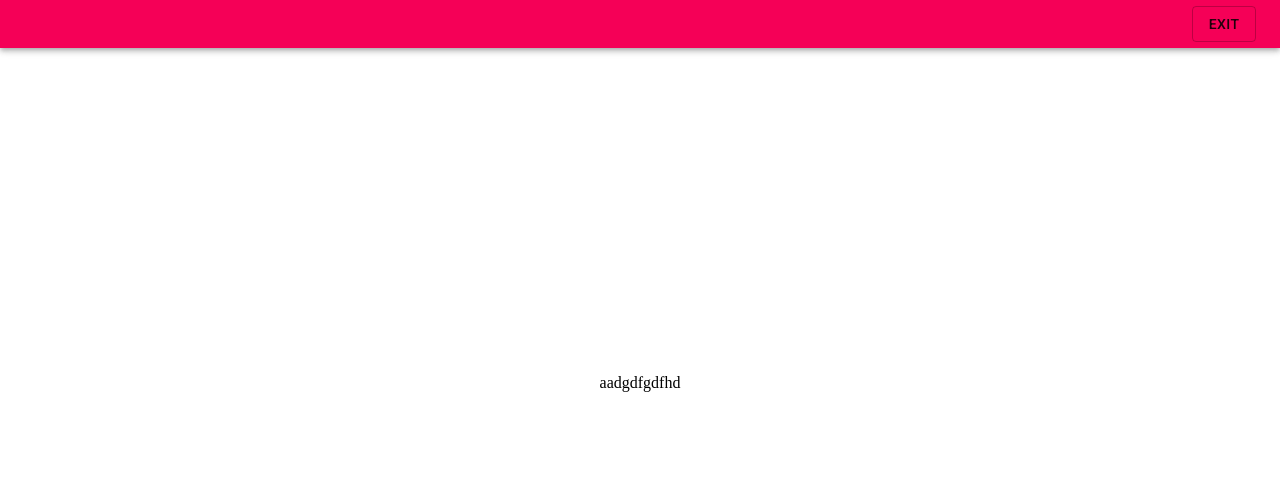
Repository: ezotop/react_firebase_chat
Page: /
These files come from the project's save history. The page is drawn as it stood at one moment and after the next save; the edit follows.
The browser window is 1280 px wide. The pictures show the whole page.
The project was rebuilt for these pictures with package versions that can differ from the ones it lists, and the page was loaded fresh each time. Also part of the build but not shown: src/component/Chat.js.

Above is the page before, as saved 2021-06-16 16:40:49.

After the next save:
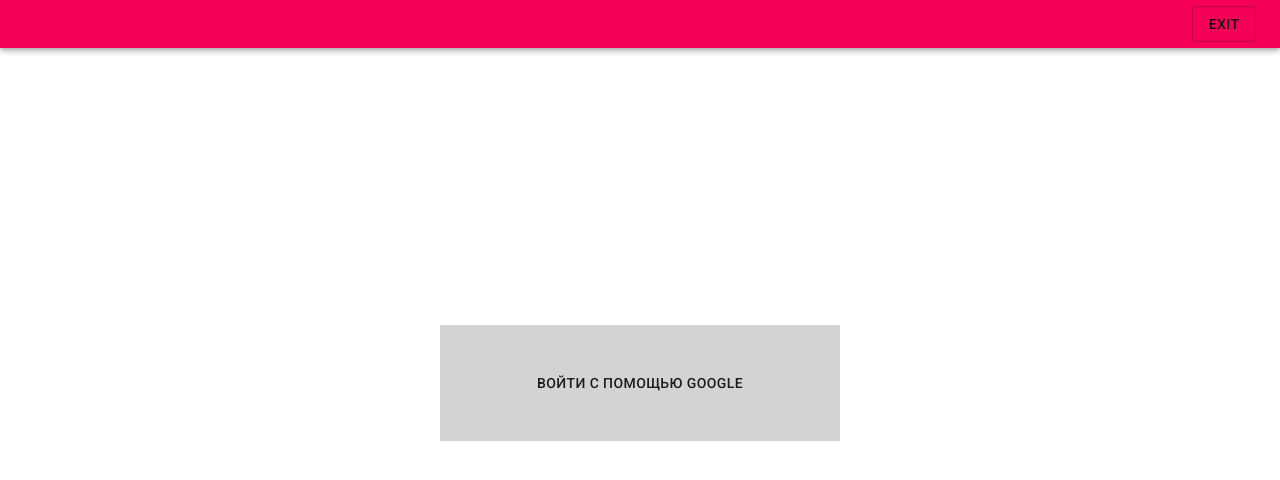
Saved 13 min 7 s later.
--- a/src/component/Login.js
+++ b/src/component/Login.js
@@ -1,5 +1,5 @@
 import React from 'react';
-import { Container, Grid } from '@material-ui/core';
+import { Container, Grid, Box, Button } from '@material-ui/core';
 
 const Login = () => {
     return (
@@ -10,7 +10,16 @@ const Login = () => {
                 justify={'center'}
                 alignItems={'center'}
             >
-                aadgdfgdfhd
+                <Grid
+                    container
+                    style={{width: 400, backgroundColor: 'lightgray'}}
+                    alignItems={'center'}
+                    direction={'column'}
+                >
+                    <Box p={5}>
+                        <Button>Войти с помощью Google</Button>
+                    </Box>
+                </Grid>
             </Grid>
         </Container>
     );
